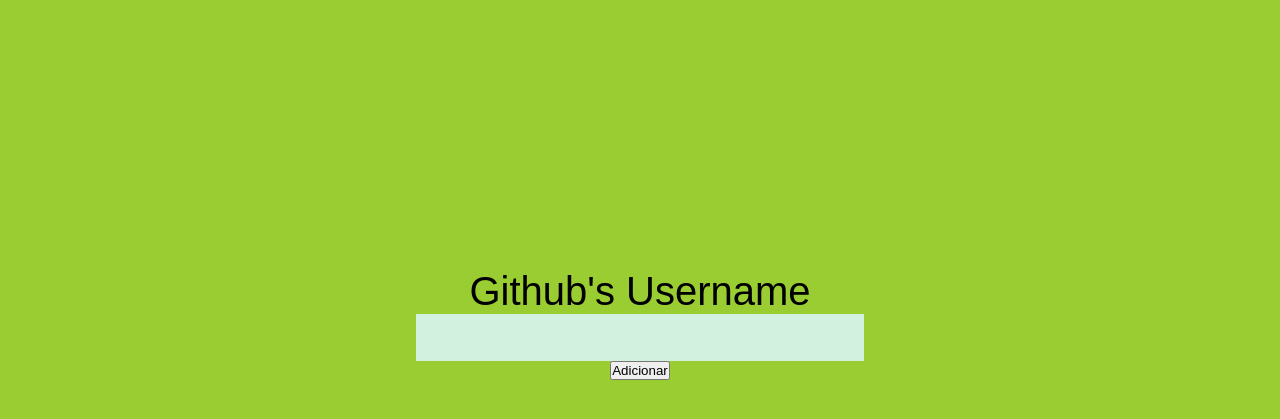
Repository: Orifiel/teste
Page: desafioMod4/desafioJavascritpt0402.html
These files come from the project's save history. The page is drawn as it stood at one moment and after the next save; the edit follows.
The browser window is 1280 px wide. The pictures show the whole page.
Some web fonts or font styles are not loaded; a fallback is used.

Above is the page before, as saved 2020-08-24 11:53:24.

After the next save:
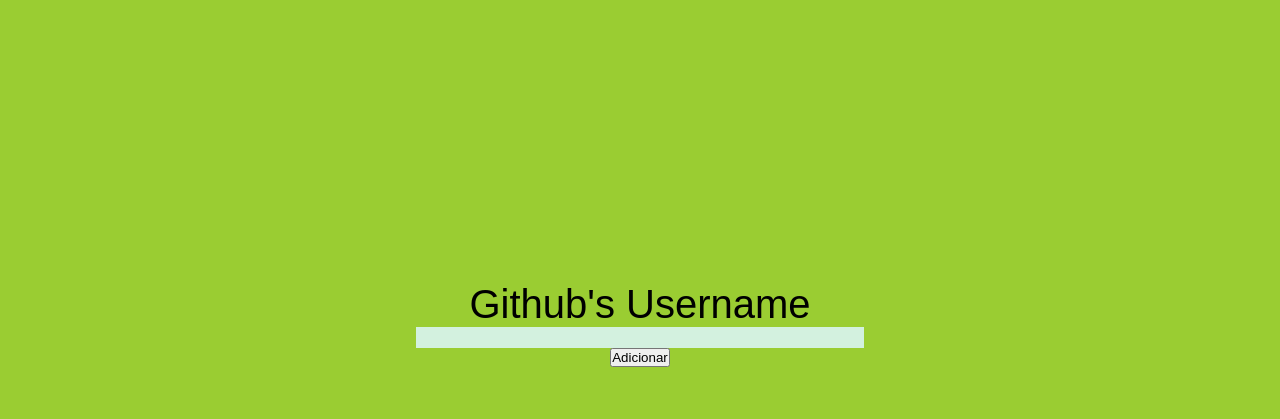
Saved 16 s later.
--- a/desafioMod4/desafioJavascritpt0402.html
+++ b/desafioMod4/desafioJavascritpt0402.html
@@ -31,7 +31,7 @@
     input {
         outline: none;
         width: 50%;
-        padding: 1rem 1rem;
+        padding: 3px 8px;
         border: none;
         background: rgb(211, 241, 223);
 
